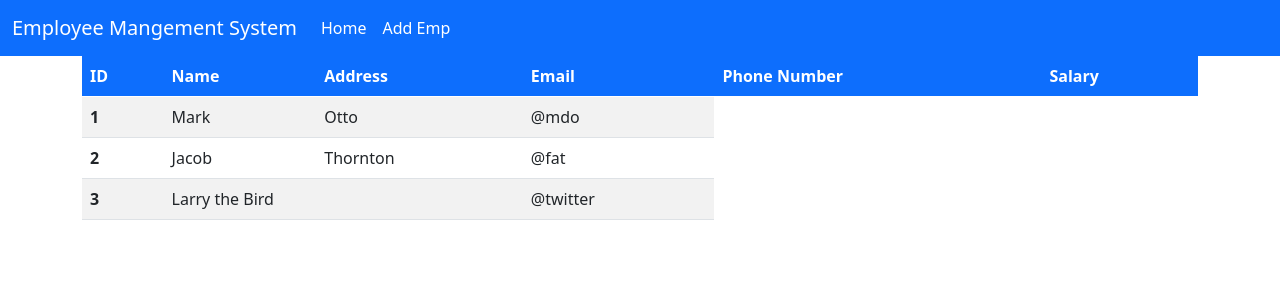
Repository: mahto-sonu/EmployeeManagementSystem
Page: http://localhost/index
An editor plug-in stored every save of this project. The page is shown before and after the next save, followed by the edit.
The browser window is 1280 px wide. The pictures show the whole page.
The page is this project's Thymeleaf template; nobody is signed in. The template is opened directly, without the code that normally fills it, so the values that code supplies are empty.

Above is the page before, as saved 2023-12-05 11:55:05.

After the next save:
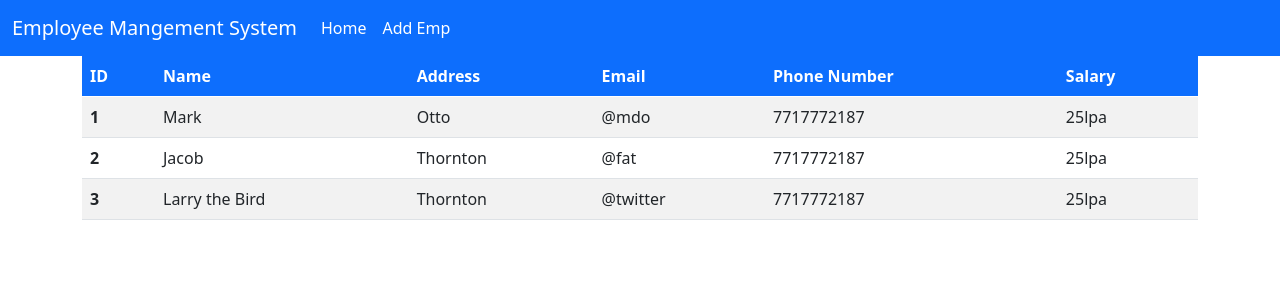
Saved 69 s later.
--- a/Employee-Management-System/src/main/resources/templates/index.html
+++ b/Employee-Management-System/src/main/resources/templates/index.html
@@ -54,17 +54,24 @@
       <td>Mark</td>
       <td>Otto</td>
       <td>@mdo</td>
+      <td>7717772187</td>
+      <td>25lpa</td>
     </tr>
     <tr>
       <th scope="row">2</th>
       <td>Jacob</td>
       <td>Thornton</td>
       <td>@fat</td>
+      <td>7717772187</td>
+      <td>25lpa</td>
     </tr>
     <tr>
       <th scope="row">3</th>
-      <td colspan="2">Larry the Bird</td>
+      <td>Larry the Bird</td>
+      <td>Thornton</td>
       <td>@twitter</td>
+      <td>7717772187</td>
+      <td>25lpa</td>
     </tr>
   </tbody>
 </table>
